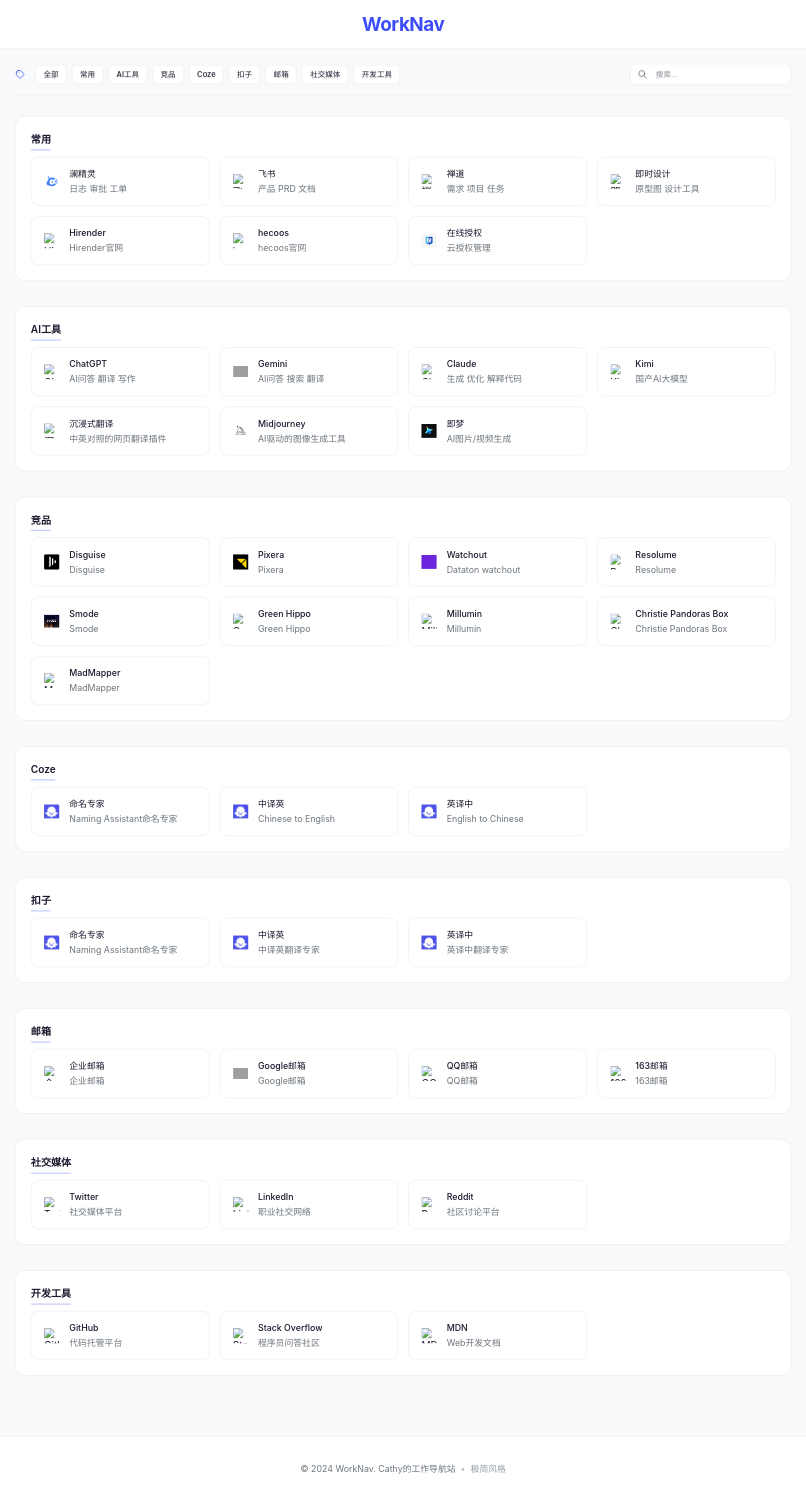
Repository: SweetPomelo0/WorkNav
Page: /
An editor plug-in stored every save of this project. The page is shown before and after the next save, followed by the edit.
The browser window is 1280 px wide. The pictures show the whole page, at 63% of full size.
Pictures or frames that could not be fetched are drawn as grey boxes. The project was rebuilt for these pictures with package versions that can differ from the ones it lists, and the page was loaded fresh each time. The framework's server and built-in components were replaced by stand-ins that run in the browser. Also part of the build but not shown: next.config.ts.

Above is the page before, as saved 2025-07-26 23:19:32.

### src/app/page.tsx
"use client";
import { useState } from 'react';

export default function Home() {
  // 定义状态来跟踪当前选中的分类
  const [selectedCategory, setSelectedCategory] = useState("全部");
  // 定义状态来跟踪是否是初始加载状态
  const [isInitialLoad, setIsInitialLoad] = useState(true);
  // 定义搜索状态
  const [searchTerm, setSearchTerm] = useState("");
  // 定义移动端搜索框展开状态
  const [isMobileSearchExpanded, setIsMobileSearchExpanded] = useState(false);

  // 定义导航分类和链接
  const categories = [
    {
      title: "常用",
      links: [
        { name: "澜精灵", url: "https://www.lanerp.com/Admin/index/index.html", desc: "日志 审批 工单", icon: "/img/lanjingling.png" },
        { name: "飞书", url: "https://enlightv.feishu.cn/wiki/D6Z1wOai9iVI4bkVlumcJprDn2e?fromScene=spaceOverview", desc: "产品 PRD 文档", icon: "https://feishu.cn/favicon.ico" },
        { name: "禅道", url: "https://enlightv.zentaopm.com/my/", desc: "需求 项目 任务", icon: "https://enlightv.zentaopm.com/favicon.ico" },
        { name: "即时设计", url: "https://js.design/recent", desc: "原型图 设计工具", icon: "https://img.js.design/assets/webImg/favicon.ico" },
        { name: "Hirender", url: "https://www.hirender.com/#/home", desc: "Hirender官网", icon: "https://www.hirender.com/favicon.ico" },
        { name: "hecoos", url: "https://www.hecoos.com/web/#/home", desc: "hecoos官网", icon: "https://www.hecoos.com/favicon.ico" },
        { name: "在线授权", url: "https://license.enlightv.com/web/", desc: "云授权管理", icon: "data:[embedded picture, 6295 characters]" },
      ]
    },
    {
      title: "AI工具",
      links: [
        { name: "ChatGPT", url: "https://chatgpt.com/", desc: "AI问答 翻译 写作", icon: "https://cdn.oaistatic.com/assets/favicon-180x180-od45eci6.webp" },
        { name: "Gemini", url: "https://gemini.google.com/app", desc: "AI问答 搜索 翻译", icon: "https://www.gstatic.com/lamda/images/gemini_sparkle_4g_512_lt_f94943af3be039176192d.png" },
        { name: "Claude", url: "https://claude.ai/", desc: "生成 优化 解释代码", icon: "https://claude.ai/favicon.ico" },
        { name: "Kimi", url: "https://www.kimi.com/", desc: "国产AI大模型", icon: "https://www.kimi.com/favicon.ico" },
        { name: "沉浸式翻译", url: "https://immersivetranslate.com/zh-Hans/?utm_source=ai-bot.cn", desc: "中英对照的网页翻译插件", icon: "https://immersivetranslate.com/favicon.ico" },
        { name: "Midjourney", url: "https://www.midjourney.com/explore?tab=video_top", desc: "AI驱动的图像生成工具", icon: "/img/mj.png" },
        { name: "即梦", url: "https://jimeng.jianying.com/ai-tool/home", desc: "AI图片/视频生成", icon: "/img/jimeng.png" }

      ]
    },
    {
      title: "竞品",
      links: [
        { name: "Disguise", url: "https://www.disguise.one/en", desc: "Disguise", icon: "/img/disguise.png" },
        { name: "Pixera", url: "https://pixera.one/zh/software/overview/", desc: "Pixera", icon: "/img/pixera.png" },
        { name: "Watchout", url: "https://www.dataton.com/", desc: "Dataton watchout", icon: "/img/watchout.png" },
        { name: "Resolume", url: "https://resolume.com/", desc: "Resolume", icon: "https://resolume.com/images/favicons/apple-touch-icon.png" },
        { name: "Smode", url: "https://www.smode.io/en/", desc: "Smode", icon: "/img/smode.png" },
        { name: "Green Hippo", url: "https://www.green-hippo.com/", desc: "Green Hippo", icon: "https://www.green-hippo.com/wp-content/themes/greenhippo/assets/icons/favicon.ico" },
        { name: "Millumin", url: "https://millumin.com/v5/index.php", desc: "Millumin", icon: "https://www.millumin.com/favicon/apple-icon-180x180.png" },
        { name: "Christie Pandoras Box", url: "https://www.christiedigital.com/products/christie-pandoras-box/", desc: "Christie Pandoras Box", icon: "https://www.christiedigital.com/apple-touch-icon.png" },
        { name: "MadMapper", url: "https://madmapper.com/madmapper/software", desc: "MadMapper", icon: "https://madmapper.com/images/favicon/apple-touch-icon.png" }

      ]
    },
    {
      title: "Coze",
      links: [
        { name: "命名专家", url: "https://www.coze.com/store/agent/7530562770308956161?bot_id=true", desc: "Naming Assistant命名专家", icon: "/img/coze.png" },
        { name: "中译英", url: "https://www.coze.com/store/agent/7530572378075152440?bot_id=true", desc: "Chinese to English", icon: "/img/coze.png" },
        { name: "英译中", url: "https://www.coze.com/store/agent/7530572202144694273?bot_id=true", desc: "English to Chinese", icon: "/img/coze.png" }
      ]
    },
    {
      title: "扣子",
      links: [
        { name: "命名专家", url: "https://www.coze.cn/store/agent/7530571775823577130?bot_id=true", desc: "Naming Assistant命名专家", icon: "/img/coze.png" },
        { name: "中译英", url: "https://www.coze.cn/store/agent/7530581452909035572?bot_id=true", desc: "中译英翻译专家", icon: "/img/coze.png" },
        { name: "英译中", url: "https://www.coze.cn/store/agent/7530581958234193970?bot_id=true", desc: "英译中翻译专家", icon: "/img/coze.png" }
      ]
    },
    {
      title: "邮箱",
      links: [
        { name: "企业邮箱", url: "https://exmail.qq.com/cgi-bin/frame_html?sid=qPUC22bEtIEF7kUt,2&sign_type=&r=586a2a390ca023395a120877ca5870f0", desc: "企业邮箱", icon: "https://exmail.qq.com/favicon.ico" },
        { name: "Google邮箱", url: "https://mail.google.com/mail/u/0/#inbox", desc: "Google邮箱", icon: "https://ssl.gstatic.com/ui/v1/icons/mail/rfr/gmail.ico" },
        { name: "QQ邮箱", url: "https://mail.qq.com/", desc: "QQ邮箱", icon: "https://mail.qq.com/favicon.ico" },
        { name: "163邮箱", url: "https://mail.163.com/", desc: "163邮箱", icon: "https://mail.163.com/favicon.ico" }
      ]
    },
    {
      title: "社交媒体",
      links: [
        { name: "Twitter", url: "https://twitter.com", desc: "社交媒体平台", icon: "https://twitter.com/favicon.ico" },
        { name: "LinkedIn", url: "https://www.linkedin.com", desc: "职业社交网络", icon: "https://www.linkedin.com/favicon.ico" },
        { name: "Reddit", url: "https://www.reddit.com", desc: "社区讨论平台", icon: "https://www.reddit.com/favicon.ico" }
      ]
    },
    {
      title: "开发工具",
      links: [
        { name: "GitHub", url: "https://github.com", desc: "代码托管平台", icon: "https://github.com/favicon.ico" },
        { name: "Stack Overflow", url: "https://stackoverflow.com", desc: "程序员问答社区", icon: "https://stackoverflow.com/favicon.ico" },
        { name: "MDN", url: "https://developer.mozilla.org", desc: "Web开发文档", icon: "https://developer.mozilla.org/favicon.ico" },
      ]
    }

  ];

  return (
    <div className="min-h-screen" style={{ background: 'var(--background)', color: 'var(--text-primary)' }}>
      {/* Header */}
      <header style={{ background: 'var(--header-bg)', borderBottom: '1px solid var(--card-border)' }}>
        <div className="max-w-7xl mx-auto px-6 py-5">
          <div className="text-center">
            <h1 className="text-3xl font-bold tracking-tight bg-clip-text text-transparent bg-gradient-to-r from-blue-600 to-indigo-600 dark:from-blue-400 dark:to-indigo-400">WorkNav</h1>
          </div>
        </div>
      </header>

      {/* Category Navigation */}
      <div className="sticky top-0 z-10 mt-3 category-nav-container" style={{ background: 'rgba(var(--background-rgb), 0.9)', backdropFilter: 'blur(10px)' }}>
        <div className="max-w-7xl mx-auto px-4 md:px-6 py-2 md:py-3 overflow-x-auto">
          <div className="flex items-center">
            <div className="flex-shrink-0 mr-3 md:mr-4">
              <svg xmlns="http://www.w3.org/2000/svg" className="h-4 w-4" fill="none" viewBox="0 0 24 24" stroke="currentColor" style={{ color: 'var(--accent)' }}>
                <path strokeLinecap="round" strokeLinejoin="round" strokeWidth={2} d="M7 7h.01M7 3h5c.512 0 1.024.195 1.414.586l7 7a2 2 0 010 2.828l-7 7a2 2 0 01-2.828 0l-7-7A1.994 1.994 0 013 12V7a4 4 0 014-4z" />
              </svg>
            </div>
            <div className="flex space-x-1 md:space-x-2 overflow-x-auto category-scrollbar flex-grow">
              <a
                href="#"
                onClick={(e) => {
                  e.preventDefault();
                  setSelectedCategory("全部");
                  setIsInitialLoad(false);
                }}
                className="text-xs font-medium whitespace-nowrap px-2 md:px-3 py-1 md:py-1.5 rounded-md transition-all duration-300 hover:scale-105 hover:shadow-md hover:bg-opacity-90 flex-shrink-0"
                style={{
                  background: (selectedCategory === "全部" && !isInitialLoad) ? 'var(--accent)' : 'var(--card-bg)',
                  border: '1px solid ' + ((selectedCategory === "全部" && !isInitialLoad) ? 'var(--accent)' : 'var(--card-border)'),
                  color: (selectedCategory === "全部" && !isInitialLoad) ? 'white' : 'var(--text-primary)'
                }}
              >
                全部
              </a>
              {categories.map((category, index) => (
                <a
                  key={index}
                  href={`#category-${index}`}
                  onClick={(e) => {
                    e.preventDefault();
                    setSelectedCategory(category.title);
                    setIsInitialLoad(false);
                    const element = document.getElementById(`category-${index}`);
                    if (element) {
                      element.scrollIntoView({ behavior: 'smooth' });
                    }
                  }}
                  className="text-xs font-medium whitespace-nowrap px-2 md:px-3 py-1 md:py-1.5 rounded-md transition-all duration-300 hover:scale-105 hover:shadow-md hover:bg-opacity-90 flex-shrink-0"
                  style={{
                    background: selectedCategory === category.title ? 'var(--accent)' : 'var(--card-bg)',
                    border: '1px solid ' + (selectedCategory === category.title ? 'var(--accent)' : 'var(--card-border)'),
                    color: selectedCategory === category.title ? 'white' : 'var(--text-primary)'
                  }}
                >
                  {category.title}
                </a>
              ))}
            </div>

            {/* Search Box */}
            <div className="flex-shrink-0 ml-2 md:ml-4">
              {/* 桌面端搜索框 */}
              <div className="hidden md:block relative">
                <div className="absolute inset-y-0 left-0 pl-3 flex items-center pointer-events-none">
                  <svg
                    className="h-4 w-4"
                    fill="none"
                    viewBox="0 0 24 24"
                    stroke="currentColor"
                    style={{ color: 'var(--text-secondary)' }}
                  >
                    <path
                      strokeLinecap="round"
                      strokeLinejoin="round"
                      strokeWidth={2}
                      d="M21 21l-6-6m2-5a7 7 0 11-14 0 7 7 0 0114 0z"
                    />
                  </svg>
                </div>
                <input
                  type="text"
                  placeholder="搜索..."
                  value={searchTerm}
                  onChange={(e) => {
                    setSearchTerm(e.target.value);
                    // 如果有搜索内容，自动切换到"全部"分类
                    if (e.target.value.trim()) {
                      setSelectedCategory("全部");
                      setIsInitialLoad(false);
                    }
                  }}
                  className="w-64 pl-10 pr-4 text-xs rounded-lg border transition-all duration-200 focus:outline-none focus:ring-2 focus:ring-opacity-50"
                  style={{
                    background: 'var(--card-bg)',
                    borderColor: 'var(--card-border)',
                    color: 'var(--text-primary)',
                    height: '34px'
                  }}
                  onFocus={(e) => {
                    e.target.style.borderColor = 'var(--accent)';
                    e.target.style.boxShadow = '0 0 0 3px rgba(59, 130, 246, 0.1)';
                  }}
                  onBlur={(e) => {
                    e.target.style.borderColor = 'var(--card-border)';
                    e.target.style.boxShadow = '0 2px 4px rgba(0,0,0,0.05)';
                  }}
                />
              </div>

              {/* 移动端搜索 */}
              <div className="md:hidden relative">
                {!isMobileSearchExpanded ? (
                  // 搜索图标按钮
                  <button
                    onClick={() => setIsMobileSearchExpanded(true)}
                    className="rounded-lg border transition-all duration-200 hover:shadow-md"
                    style={{
                      background: 'var(--card-bg)',
                      borderColor: 'var(--card-border)',
                      height: '34px',
                      width: '34px',
                      display: 'flex',
                      alignItems: 'center',
                      justifyContent: 'center'
                    }}
                  >
                    <svg
                      className="h-4 w-4"
                      fill="none"
                      viewBox="0 0 24 24"
                      stroke="currentColor"
                      style={{ color: 'var(--text-primary)' }}
                    >
                      <path
                        strokeLinecap="round"
                        strokeLinejoin="round"
                        strokeWidth={2}
                        d="M21 21l-6-6m2-5a7 7 0 11-14 0 7 7 0 0114 0z"
                      />
                    </svg>
                  </button>
                ) : (
                  // 展开的搜索框
                  <div className="flex items-center space-x-2">
                    <div className="relative flex-1">
                      <div className="absolute inset-y-0 left-0 pl-3 flex items-center pointer-events-none">
                        <svg
                          className="h-4 w-4"
                          fill="none"
                          viewBox="0 0 24 24"
                          stroke="currentColor"
                          style={{ color: 'var(--text-secondary)' }}
                        >
                          <path
                            strokeLinecap="round"
                            strokeLinejoin="round"
                            strokeWidth={2}
                            d="M21 21l-6-6m2-5a7 7 0 11-14 0 7 7 0 0114 0z"
                          />
                        </svg>
                      </div>
                      <input
                        type="text"
                        placeholder="搜索..."
                        value={searchTerm}
                        onChange={(e) => {
                          setSearchTerm(e.target.value);
                          // 如果有搜索内容，自动切换到"全部"分类
                          if (e.target.value.trim()) {
                            setSelectedCategory("全部");
                            setIsInitialLoad(false);
                          }
                        }}
                        className="w-36 sm:w-48 pl-10 pr-4 text-xs rounded-lg border transition-all duration-200 focus:outline-none focus:ring-2 focus:ring-opacity-50"
                        style={{
                          background: 'var(--card-bg)',
                          borderColor: 'var(--card-border)',
                          color: 'var(--text-primary)',
                          height: '34px'
                        }}
                        onFocus={(e) => {
                          e.target.style.borderColor = 'var(--accent)';
                          e.target.style.boxShadow = '0 0 0 3px rgba(59, 130, 246, 0.1)';
                        }}
                        onBlur={(e) => {
                          e.target.style.borderColor = 'var(--card-border)';
                          e.target.style.boxShadow = '0 2px 4px rgba(0,0,0,0.05)';
                        }}
                        autoFocus
                      />
                    </div>
                    {/* 关闭按钮 */}
                    <button
                      onClick={() => {
                        setIsMobileSearchExpanded(false);
                        setSearchTerm("");
                      }}
                      className="rounded-lg border transition-all duration-200 hover:shadow-md"
                      style={{
                        background: 'var(--card-bg)',
                        borderColor: 'var(--card-border)',
                        height: '34px',
                        width: '34px',
                        display: 'flex',
                        alignItems: 'center',
                        justifyContent: 'center'
                      }}
                    >
                      <svg
                        className="h-4 w-4"
                        fill="none"
                        viewBox="0 0 24 24"
                        stroke="currentColor"
                        style={{ color: 'var(--text-primary)' }}
                      >
                        <path
                          strokeLinecap="round"
                          strokeLinejoin="round"
                          strokeWidth={2}
                          d="M6 18L18 6M6 6l12 12"
                        />
                      </svg>
                    </button>
                  </div>
                )}
              </div>
            </div>
          </div>
        </div>
        <div className="max-w-7xl mx-auto px-6">
          <div className="border-b border-solid w-full mt-1" style={{ borderColor: 'var(--card-border)' }}></div>
        </div>
      </div>

      {/* Main Content */}
       <main className="max-w-7xl mx-auto px-6 py-8">
         <div className="space-y-10">
           {categories
             .filter(category => selectedCategory === "全部" || category.title === selectedCategory)
             .map((category, index) => {
               // 如果有搜索词，过滤链接
               const filteredLinks = searchTerm.trim()
                 ? category.links.filter(link =>
                     link.name.toLowerCase().includes(searchTerm.toLowerCase()) ||
                     link.desc.toLowerCase().includes(searchTerm.toLowerCase())
                   )
                 : category.links;

               // 如果搜索后没有匹配的链接，不显示该分类
               if (searchTerm.trim() && filteredLinks.length === 0) {
                 return null;
               }

               return (
             <div
               key={index}
               id={`category-${index}`}
               style={{
                 background: 'var(--card-bg)',
                 borderColor: 'var(--card-border)'
               }}
               className="rounded-2xl border p-6 transition-all duration-300 hover:shadow-lg"
             >
               <h2
                 className="text-base font-semibold mb-4 relative inline-block"
                 style={{ color: 'var(--text-primary)' }}
               >
                 <span className="relative z-10">{category.title}</span>
                 <span
                  className="absolute bottom-0 left-0 w-full h-0.5 rounded-full opacity-30"
                  style={{ background: 'var(--accent)', transform: 'translateY(6px)' }}
                ></span>
               </h2>
               <div className="grid grid-cols-1 sm:grid-cols-2 lg:grid-cols-3 xl:grid-cols-4 gap-4">
                 {filteredLinks.map((link, linkIndex) => (
                   <a
                     key={linkIndex}
                     href={link.url}
                     target="_blank"
                     rel="noopener noreferrer"
                     style={{
                       borderColor: 'var(--card-border)',
                       background: 'var(--card-bg)'
                     }}
                     className="block p-4 rounded-xl border hover:shadow-md transition-all duration-200 group relative"
                   >

                     <div className="flex items-center justify-between">
                       <div className="flex items-center flex-1">
                         <div className="w-8 h-8 mr-3 flex-shrink-0 flex items-center justify-center">
                           {link.icon ? (
                             <img
                               src={link.icon}
                               alt={`${link.name} icon`}
                               className="w-6 h-6 object-contain"
                             />
                           ) : (
                             <div
                               style={{ background: 'var(--card-hover)' }}
                               className="w-6 h-6 rounded-md flex items-center justify-center"
                             >
                               <span style={{ color: 'var(--text-secondary)' }} className="text-xs font-medium">
                                 {link.name.charAt(0).toUpperCase()}
                               </span>
                             </div>
                           )}
                         </div>
                         <div className="flex-1">
                           <h3
                             style={{ color: 'var(--text-primary)' }}
                             className="text-sm font-medium group-hover:text-blue-600 dark:group-hover:text-blue-400 transition-colors"
                           >
                             {link.name}
                           </h3>
                           <p
                             style={{ color: 'var(--text-secondary)' }}
                             className="text-sm mt-1"
                           >
                             {link.desc}
                           </p>
                         </div>
                       </div>

                     </div>
                   </a>
                 ))}
               </div>
               </div>
               );
             })}
         </div>
       </main>

      {/* Footer */}
      <footer style={{ borderTop: '1px solid var(--card-border)', background: 'var(--footer-bg)' }} className="mt-16">
        <div className="max-w-7xl mx-auto px-6 py-10">
          <div className="text-center">
            <p style={{ color: 'var(--text-secondary)' }} className="text-sm">
              © 2024 WorkNav. Cathy的工作导航站
              <span className="inline-block mx-2 opacity-50">•</span>
              <span className="opacity-70">极简风格</span>
            </p>
          </div>
        </div>
      </footer>
    </div>
  );
}

Loaded but not shown: src/app/globals.css (151 lines, source omitted); src/app/layout.tsx (34 lines, source omitted)

After the next save:
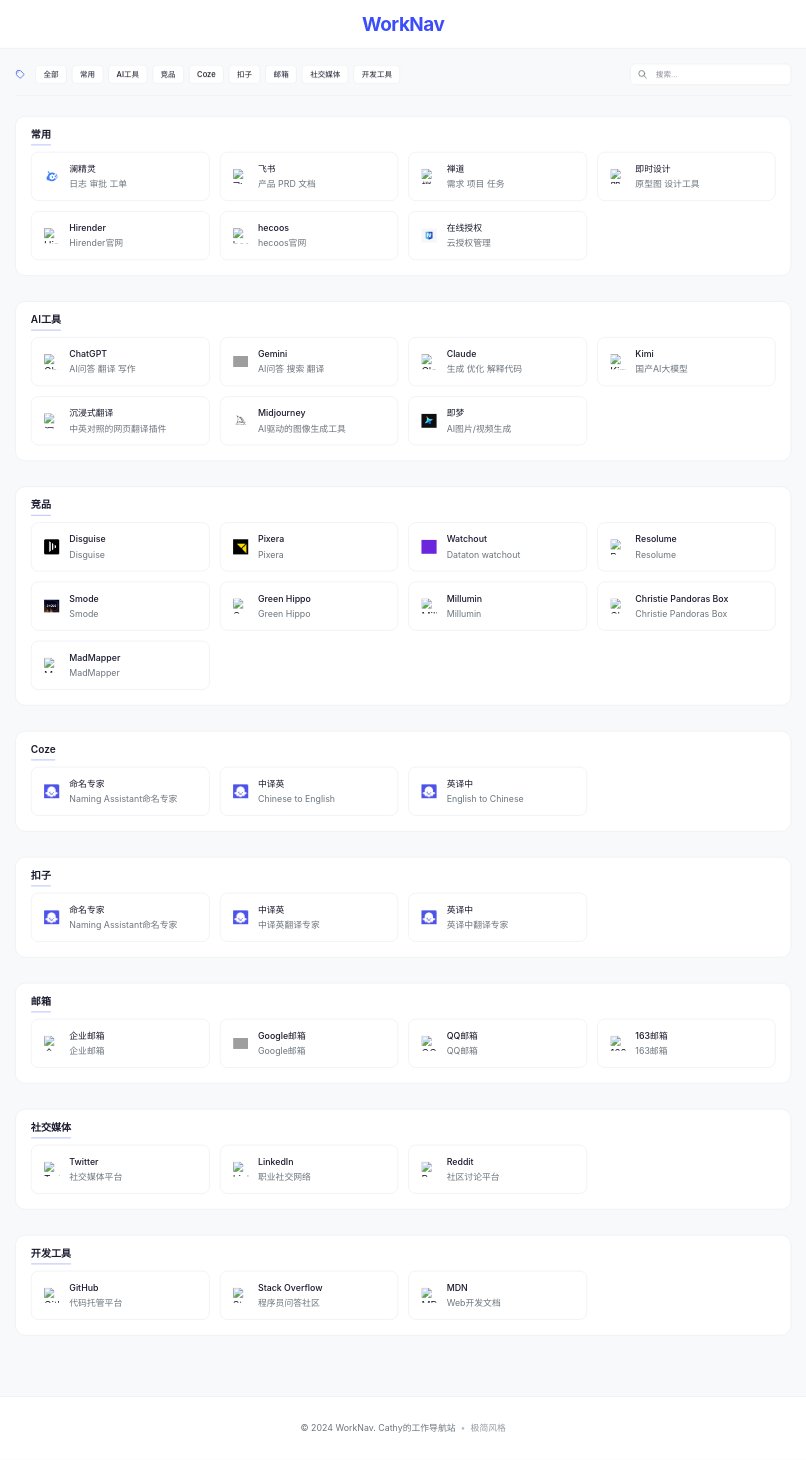
Saved 3 min 34 s later.
--- a/src/app/page.tsx
+++ b/src/app/page.tsx
@@ -361,7 +361,15 @@
                  background: 'var(--card-bg)',
                  borderColor: 'var(--card-border)'
                }}
-               className="rounded-2xl border p-6 transition-all duration-300 hover:shadow-lg"
+               className="rounded-2xl border transition-all duration-300 hover:shadow-lg"
+               style={{
+                 background: 'var(--card-bg)',
+                 borderColor: 'var(--card-border)',
+                 paddingTop: '16px',
+                 paddingBottom: '24px',
+                 paddingLeft: '24px',
+                 paddingRight: '24px'
+               }}
              >
                <h2
                  className="text-base font-semibold mb-4 relative inline-block"
